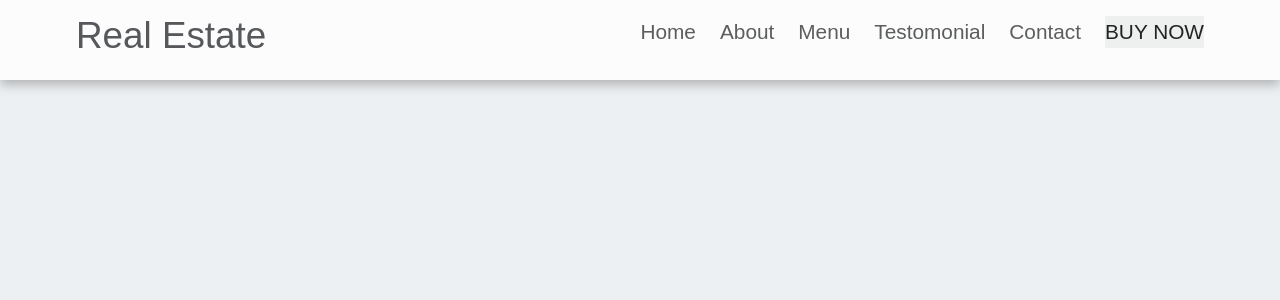
Repository: Sanjayjangra88/PortFolio
Page: /
An editor plug-in stored every save of this project. The page is shown before and after the next save, followed by the edit.
The browser window is 1280 px wide. The pictures show the whole page.
Some web libraries are served in a nearby version. The project was rebuilt for these pictures with package versions that can differ from the ones it lists, and the page was loaded fresh each time. Imported but missing from the stored project, and not drawn on this page: src/Components/Header/Navbar.

Above is the page before, as saved 2022-09-10 16:47:45.

After the next save:
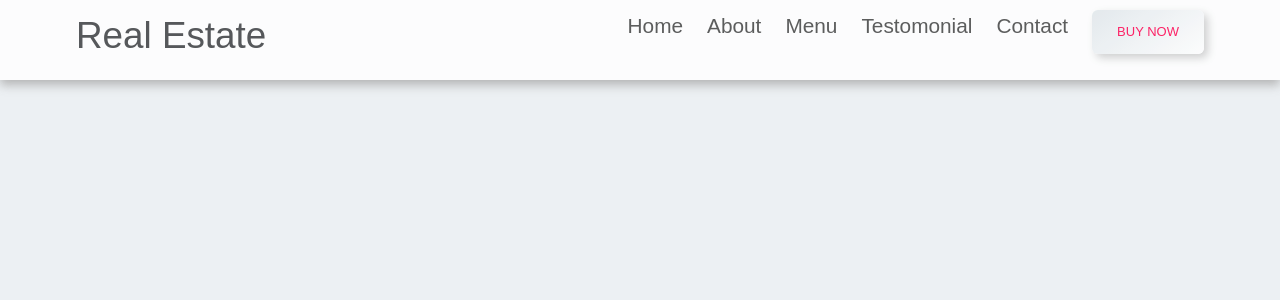
Saved 89 s later.
--- a/src/Components/Header/header.css
+++ b/src/Components/Header/header.css
@@ -178,6 +178,24 @@ header ul li a:hover {
 .home-btn:hover {
   background: #ff014f;
   color: white;
+}
+
+
+.home-btn {
+  padding: 18px 25px;
+  height: 1vh;
+  line-height: 1vh;
+  font-size: 13px;
+  border-radius: 6px;
+  transition: 0.3s all ease;
+  cursor: pointer;
+  height: fit-content;
+  color: #ff014f;
+
+}
+.home-btn {
+  background: linear-gradient(145deg, #e2e8ec, #ffffff);
+  box-shadow: 4px 4px 8px #cbcbcb, -4px -4px 8px #ffffff;
 }
 
 @media (max-width: 768px){
